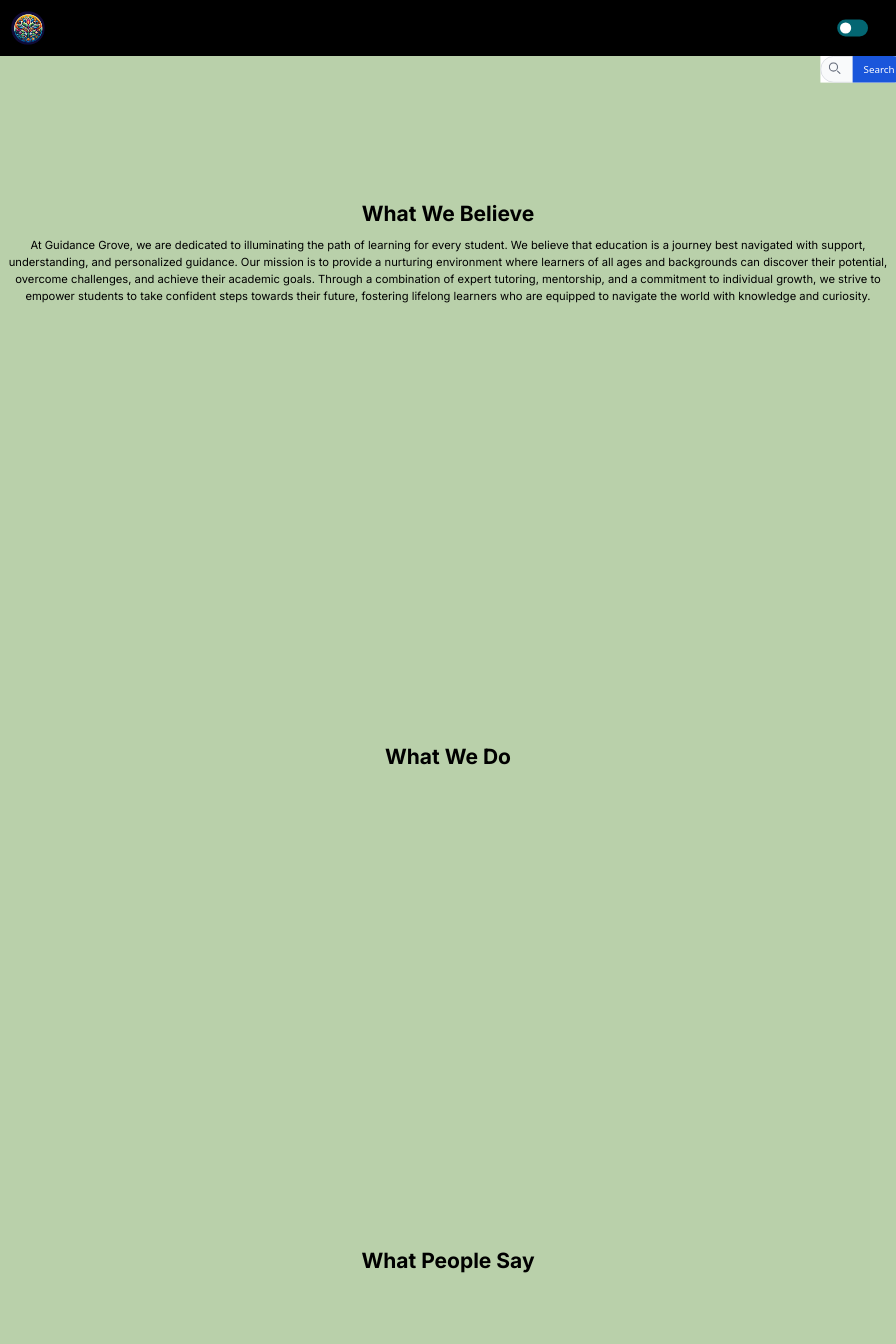
Repository: PositiveGuy/GuidanceGrove
Page: /
These files come from the project's save history. The page is drawn as it stood at one moment and after the next save; the edit follows.
The browser window is 1280 px wide. The pictures show the part of the page from y = 0 to 1920 px (the page is 3874 px tall), at 70% of full size.
The project was rebuilt for these pictures with package versions that can differ from the ones it lists, and the page was loaded fresh each time. The framework's server and built-in components were replaced by stand-ins that run in the browser. Also part of the build but not shown: next.config.js.

Above is the page before, as saved 2023-12-28 16:16:41.

### src/app/layout.tsx
import React from 'react';
import Header from '../components/header';
import Footer from '../components/footer';
import { Inter } from 'next/font/google';
import './globals.css';
import { ThemeContextProvider } from '@/context/ThemeContext';
import ThemeProvider from '@/providers/ThemeProvider';
import ThemeWrapper from '@/components/ThemeWrapper';

//font
const inter = Inter({ subsets: ['latin'] });



//header and footer layout
const RootLayout = ({ children }: { children: React.ReactNode }) => {
  return (
    <html lang='en'>
      <body>
        <ThemeContextProvider>
          <ThemeProvider>
            <Header />
            <ThemeWrapper>
              <main className={inter.className}>{children}</main>
            </ThemeWrapper>
            <Footer />
          </ThemeProvider>
        </ThemeContextProvider>
      </body>
    </html>
  );
};

export default RootLayout;

### src/app/page.tsx
import React from 'react';
//components import
import BelieveSection from '../components/BelieveSection';
import ServicesSection from '../components/ServicesSection';
import TestimonialsSection from '../components/TestimonialsSection';
import CallToActionSection from '../components/CallToActionSection';
import ContactSection from '../components/ContactSection';


//page layout
const Page = () => {
  return (
    <>
      <BelieveSection />
      <ServicesSection />
      <TestimonialsSection />
      <CallToActionSection />
      <ContactSection />
    </>
  );
};

export default Page;

### src/components/header.tsx
"use client"
import { useState } from "react";
import MobileNavigation from "./MobileNavigation";
import ThemeToggle from "./ThemeToggle";
import SearchBar from "./SearchBar";
import { Navbar } from "flowbite-react";


const Header = () => {

  return (
    <>
      <Navbar className='flex  w-full h-20 justify-between items-center p-5 bg-black fixed z-50'       >

        <div className="flex items-center space-x-3">
          <img src="/Logo/guidance-grove-logo.png" alt="Guidance Grove Logo" className="h-12 w-12 rounded-full" />

        </div>

        <div className='flex'>
          <div className='hidden'>
            <SearchBar />
          </div>
          <ThemeToggle />
          <Navbar.Toggle className="bg-black    sm:flex md:flex lg:hidden" />

          <Navbar.Collapse className='bg-white absolute top-[5rem] '>
            <SearchBar />
            <Navbar.Link href="#">Home</Navbar.Link>
            <Navbar.Link href="#">About</Navbar.Link>
            <Navbar.Link href="#">Service</Navbar.Link>
            <Navbar.Link href="#">Contact</Navbar.Link>
            <Navbar.Link href="#">Language</Navbar.Link>
          </Navbar.Collapse>
        </div>
      </Navbar>



      {/* Mobile Navbar
      <MobileNavigation /> */}


    </>
  );
};

export default Header;

### src/components/footer.tsx
import Image from "next/image";

const Footer = () => {
  return (
    <footer className="p-5 bg-black shadow-inner text-center">
      <div className="flex justify-center space-x-8 mt-10">
        {/* Placeholder for social icons */}
        <Image src={"/SVGs/ig.svg"} width={50} height={50} alt="ig"></Image>
        <Image src={"/SVGs/fb.svg"} width={50} height={50} alt="fb"></Image>
        <Image src={"/SVGs/tw.svg"} width={50} height={50} alt="tw"></Image>
        <Image src={"/SVGs/wa.svg"} width={50} height={50} alt="wa"></Image>
        <Image src={"/SVGs/yt.svg"} width={50} height={50} alt="in"></Image>
      </div>

      <div className="flex justify-center space-x-1 mb-10 text-teal-50">
        <div className="mt-20">
          ©2023; designed with love and care by
        </div>
        <div className="mt-20 font-caveat">
          GuidanceGrove™
        </div>
      </div>
    </footer>
  );
};
//make GuidanceGrove in font Caveat
export default Footer;

### src/app/globals.css
@tailwind base;
@tailwind components;
@tailwind utilities;

:root {
  --foreground-rgb: 0, 0, 0;
  --background-start-rgb: 214, 219, 220;
  --background-end-rgb: 255, 255, 255;
}

@media (prefers-color-scheme: dark) {
  :root {
    --foreground-rgb: 255, 255, 255;
    --background-start-rgb: 0, 0, 0;
    --background-end-rgb: 0, 0, 0;
  }
}

body {
  color: rgb(var(--foreground-rgb));
  background: linear-gradient(
      to bottom,
      transparent,
      rgb(var(--background-end-rgb))
    )
    rgb(var(--background-start-rgb));
}

.custom-shadow {
    box-shadow: 0 2px 4px rgba(0, 0, 0, 0.2);
}

### src/context/ThemeContext.tsx
"use client"
import { createContext, useState, ReactNode, useEffect } from "react"

interface ChildrenProps {
    children: ReactNode
}

interface ThemeContextType {
    theme: string
    toggle: () => void
}

// This component is responsible to registering and remembering what theme was chosen by the user
// we use local storage for that
export const ThemeContext = createContext<ThemeContextType>({
    theme: "light",
    toggle: () => { },
})

function getFromLocalStorage() {
    if (typeof window === "undefined") {
        return "light";
    }
    const storedTheme = localStorage.getItem("theme");
    console.log("Initial theme from localStorage:", storedTheme); // Debug log
    return storedTheme || "light";
}


export const ThemeContextProvider = ({ children }: ChildrenProps) => {
    const [theme, setTheme] = useState<string>(getFromLocalStorage)

    // since next.js uses server side rendering, we must specify if the transition to client is completed
    const toggle = () => {
        setTheme(prevTheme => prevTheme === "light" ? "dark" : "light");
    };



    useEffect(() => {
        console.log("Updating theme in localStorage to:", theme); // Debug log
        localStorage.setItem("theme", theme);
    }, [theme]);



    return <ThemeContext.Provider value={{ theme, toggle }}>{children}</ThemeContext.Provider>
}

### src/providers/ThemeProvider.tsx
"use client"

import { ThemeContext } from "@/context/ThemeContext"
import { useState, useEffect, useContext, ReactNode } from "react"


interface ChildrenProps {
    children: ReactNode
}

// this component is created to keep the layout/page as server side rendered.
// useContext() requires you to have "use client"

export default function ThemeProvider({ children }: ChildrenProps) {
    const { theme } = useContext(ThemeContext)
    const [mounted, setMounted] = useState(false)

    useEffect(() => {
        setMounted(true)
    }, [])

    if (mounted) {
        return <div className={theme}>{children}</div>
    }
    return <div className={theme}>{children}</div>
}

### src/components/ThemeWrapper.tsx
"use client"
import React, { useContext } from 'react';
import { ThemeContext } from '@/context/ThemeContext';

const ThemeWrapper = ({ children }: { children: React.ReactNode }) => {
    const { theme } = useContext(ThemeContext);

    return (
        <div className={`${theme === "light" ? " bg-sage text-black" : "bg-gray-700 text-slate-400"}`}>
            {children}
        </div>
    );
};

export default ThemeWrapper;

### src/components/BelieveSection.tsx
"use client"
import { ThemeContext } from "@/context/ThemeContext";
import { useContext } from "react";

const BelieveSection = () => {
  const { theme } = useContext(ThemeContext)
  return (
    <div id="believe" className={`h-screen flex items-center justify-center`}>
      <div className="text-center">
        <h2 className="text-3xl font-bold">What We Believe</h2>
        <p className="mt-4">At Guidance Grove, we are dedicated to illuminating the path of learning for every student.
          We believe that education is a journey best navigated with support, understanding, and personalized guidance.
          Our mission is to provide a nurturing environment where learners of all ages and backgrounds
          can discover their potential, overcome challenges, and achieve their academic goals.
          Through a combination of expert tutoring, mentorship, and a commitment to individual growth,
          we strive to empower students to take confident steps towards their future,
          fostering lifelong learners who are equipped to navigate the world with knowledge and curiosity.</p>
      </div>
    </div>
  );
};

export default BelieveSection;

### src/components/ServicesSection.tsx
"use client"
import { ThemeContext } from "@/context/ThemeContext";
import { useContext } from "react";

const ServicesSection = () => {
  const { theme } = useContext(ThemeContext)
  return (
    <div id="services" className={`h-screen flex items-center justify-center  `}>
      <div className="text-center">
        <h2 className="text-3xl font-bold">What We Do</h2>
        {/* Add service details here */}
      </div>
    </div>
  );
};

export default ServicesSection;

### src/components/TestimonialsSection.tsx
"use client"
import { ThemeContext } from "@/context/ThemeContext";
import { useContext } from "react";

const TestimonialsSection = () => {
  const { theme } = useContext(ThemeContext)
  return (
    <div id="testimonials" className={`h-screen flex items-center justify-center   `}>
      <div className="text-center">
        <h2 className="text-3xl font-bold">What People Say</h2>
        {/* Add testimonials here */}
      </div>
    </div>
  );
};

export default TestimonialsSection;

### src/components/CallToActionSection.tsx
"use client"
import { ThemeContext } from "@/context/ThemeContext";
import { useContext } from "react";

const CallToActionSection = () => {
  const { theme } = useContext(ThemeContext)
  return (
    <div id="cta" className={`h-screen flex items-center justify-center  `}>
      <div className="container mx-auto px-4 sm:px-6 lg:px-8">
        <div className="flex flex-wrap -mx-4 items-center">
          <div className="text-left lg:w-1/2 px-4 mb-4 lg:mb-0">
            <h2 className="text-5xl font-bold">Payments tool for software companies</h2>
            <p className="mt-2 text-lg">From checkout to global sales tax compliance, companies around the world use Flowbite to simplify their payment stack.</p>
            <button className="mt-4 bg-blue-500 text-white py-2 px-4 rounded hover:bg-blue-700">
              Get started ➤
            </button>
          </div>
          <div className="lg:w-1/2 px-4 flex justify-center lg:justify-end">
            <img src="DALLE/career.png" alt="Software Payment Tool" className="object-contain lg:object-cover h-80 w-full lg:w-auto rounded-lg shadow-lg" />
          </div>
        </div>
      </div>
    </div>
  );
};

export default CallToActionSection;

### src/components/ContactSection.tsx
"use client"
import { ThemeContext } from "@/context/ThemeContext";
import { useContext } from "react";

const ContactSection = () => {
  const { theme } = useContext(ThemeContext)
  return (
    <div id="contact" className={`h-screen flex items-center justify-center  `}>
      <div className="text-center">
        <h2 className="text-3xl font-bold">Contact Us</h2>
        {/* Add contact form or information here */}
      </div>
    </div>
  );
};

export default ContactSection;

### src/components/ThemeToggle.tsx
"use client"
import { useContext } from 'react'
import { Switch } from '@headlessui/react'
import { ThemeContext } from '@/context/ThemeContext'

export default function Example() {
    const { toggle, theme } = useContext(ThemeContext)

    // Determine if the switch should be on or off based on the current theme
    const isDarkMode = theme === 'dark'

    return (
        <div className="flex items-center justify-center p-6"> {/* Adjusted for centering */}
            <Switch
                checked={isDarkMode}
                onChange={toggle} // Use the toggle function from context
                className={`${isDarkMode ? 'bg-teal-900' : 'bg-teal-700'}
                    relative inline-flex items-center h-6 rounded-full w-11 transition-colors focus:outline-none`}
            >
                <span className="sr-only">Toggle theme</span>
                <span
                    aria-hidden="true"
                    className={`${isDarkMode ? 'translate-x-6' : 'translate-x-1'}
                        inline-block w-4 h-4 transform bg-white rounded-full transition-transform`}
                />
            </Switch>
        </div>
    )
}

### src/components/SearchBar.tsx
export default function SearchBar() {
    return (
        <form className="flex items-center">
            <div className="relative w-full">
                {/* Search Icon */}
                <div className="absolute inset-y-0 left-0 flex items-center pl-3">
                    <svg className="w-5 h-5 text-gray-500 dark:text-gray-400" xmlns="http://www.w3.org/2000/svg" fill="none" viewBox="0 0 24 24" stroke="currentColor">
                        <path strokeLinecap="round" strokeLinejoin="round" strokeWidth={2} d="M19 19l-4-4m0-7A7 7 0 1 1 1 8a7 7 0 0 1 14 0z" />
                    </svg>
                </div>

                {/* Input Field */}
                <input
                    type="search"
                    id="default-search"
                    className="block w-full pl-10 pr-20 text-sm text-gray-900 border border-gray-300 rounded-full bg-gray-50 focus:ring-blue-500 focus:border-blue-500 dark:bg-gray-700 dark:border-gray-600 dark:placeholder-gray-400 dark:text-white dark:focus:ring-blue-500 dark:focus:border-blue-500"
                    placeholder="Search Mockups, Logos..."
                    required
                />

                {/* Search Button */}
                <button type="submit" className="text-white absolute right-0 top-0 bottom-0 bg-blue-700 hover:bg-blue-800 focus:ring-4 focus:outline-none focus:ring-blue-300 font-medium rounded-r-full text-sm px-4 py-2 dark:bg-blue-600 dark:hover:bg-blue-700 dark:focus:ring-blue-800">Search</button>
            </div>
        </form>
    );
}

### tailwind.config.ts
import type { Config } from 'tailwindcss'

const config: Config = {
  content: [
    "./node_modules/flowbite-react/lib/**/*.js",
    './src/pages/**/*.{js,ts,jsx,tsx,mdx}',
    './src/components/**/*.{js,ts,jsx,tsx,mdx}',
    './src/app/**/*.{js,ts,jsx,tsx,mdx}',
  ],
  theme: {
    extend: {
      backgroundImage: {
        'gradient-radial': 'radial-gradient(var(--tw-gradient-stops))',
        'gradient-conic':
          'conic-gradient(from 180deg at 50% 50%, var(--tw-gradient-stops))',

      },
      colors: {
        sage: '#B9D0AA',
      },

      fontFamily: {
        caveat: ['Caveat', 'cursive'],
      },

    },

  },
  plugins: [
    require("flowbite/plugin")
  ],
}
export default config

After the next save:
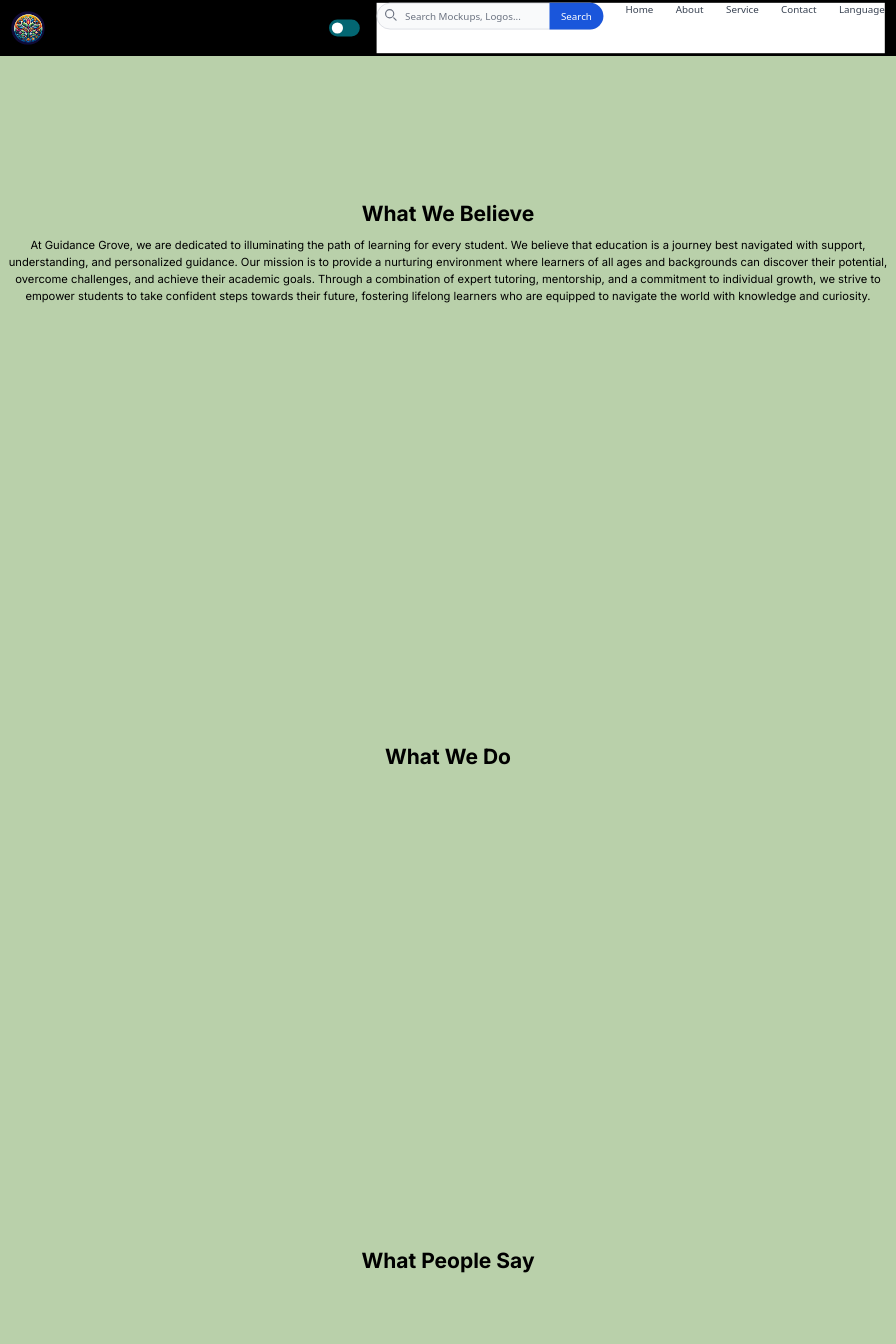
Saved 40 s later.
--- a/src/components/header.tsx
+++ b/src/components/header.tsx
@@ -24,7 +24,7 @@ const Header = () => {
           <ThemeToggle />
           <Navbar.Toggle className="bg-black    sm:flex md:flex lg:hidden" />
 
-          <Navbar.Collapse className='bg-white absolute top-[5rem] '>
+          <Navbar.Collapse className='bg-white  '>
             <SearchBar />
             <Navbar.Link href="#">Home</Navbar.Link>
             <Navbar.Link href="#">About</Navbar.Link>
